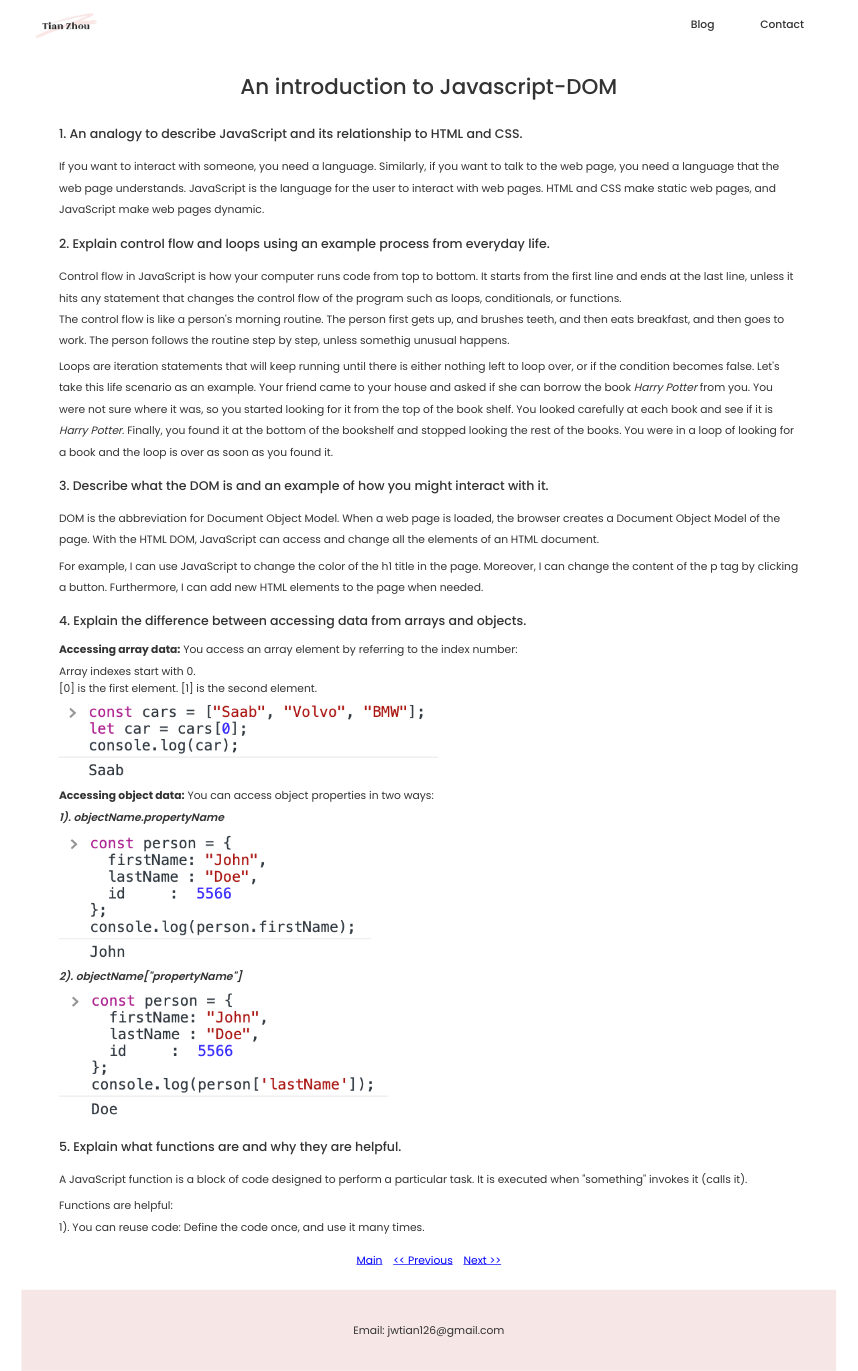
Repository: Tiaanz/Tiaanz.github.io
Page: blog/javascript-dom.html
An editor plug-in stored every save of this project. The page is shown before and after the next save, followed by the edit.
The browser window is 1280 px wide. The pictures show the whole page, at 67% of full size.

Above is the page before, as saved 2023-01-25 16:58:20.

### blog/javascript-dom.html
<!DOCTYPE html>
<html lang="en">

<head>
    <meta charset="UTF-8">
    <meta http-equiv="X-UA-Compatible" content="IE=edge">
    <meta name="viewport" content="width=device-width, initial-scale=1.0">
    <link rel="stylesheet" href="../styles/main.css">
    <link href="https://fonts.googleapis.com/css2?family=Poppins:wght@300;400;500;600;700;800&display=swap"
        rel="stylesheet">
    <title>Tech Blog(Javascript-DOM)</title>
</head>

<body>
    <div class="container">
        <header>
            <div class="logo">
                <a href="../index.html"><img src="../images/logo.png" alt="logo"></a>
            </div>
            <div class="nav">
                <a href="../index.html#blogs">Blog</a>
                <a href="#footer">Contact</a>
            </div>
        </header>
        <main class="main-blog">
            <h1>An introduction to Javascript-DOM</h1>
            <h3>1. An analogy to describe JavaScript and its relationship to HTML and CSS.</h3>
            <p>
                If you want to interact with someone, you need a language. Similarly, if you want to talk to
                the web page, you need a language that the web page understands. JavaScript is the language for the user
                to interact with web pages.
                HTML and CSS make static web pages, and JavaScript make web pages dynamic.
            </p>
            <h3>2. Explain control flow and loops using an example process from everyday life.</h3>
            <p>
                Control flow in JavaScript is how your computer runs code from top to bottom. It starts
                from the first line and ends at the last line, unless it hits any statement that changes the control
                flow of the program such as loops, conditionals, or functions.<br />
                The control flow is like a person's morning routine. The person first gets up, and brushes teeth, and
                then eats breakfast, and then goes to work.
                The person follows the routine step by step, unless somethig unusual happens.
            </p>
            <p>
                Loops are iteration statements that will keep running until there is either nothing left to loop over,
                or if the condition becomes false.
                Let's take this life scenario as an example. Your friend came to your house and asked if she can borrow
                the book <i>Harry Potter</i> from you. You were not
                sure where it was, so you started looking for it from the top of the book shelf. You looked carefully at
                each book and see if it is <i>Harry Potter</i>.
                Finally, you found it at the bottom of the bookshelf and stopped looking the rest of the books. You were
                in a loop of looking for a book and the loop is over as soon as you found it.
            </p>
            <h3>3. Describe what the DOM is and an example of how you might interact with it.</h3>
            <p>DOM is the abbreviation for Document Object Model. When a web page is loaded, the browser creates a Document Object Model of the page. With the HTML DOM, JavaScript can access and change all the elements of an HTML document.</p>
            <p>
                For example, I can use JavaScript to change the color of the h1 title in the page. Moreover, I can change the content of the p tag by clicking a button.
                Furthermore, I can add new HTML elements to the page when needed.
            </p>
            <h3>4. Explain the difference between accessing data from arrays and objects.</h3>
            <ul>
                <li> <b>Accessing array data:</b> You access an array element by referring to the index number: </li>
                <li>Array indexes start with 0.<br/>
                    [0] is the first element. [1] is the second element.</li>
                <li><img src="../images/array.png" alt="array"></li>
                <li><b>Accessing object data:</b> You can access object properties in two ways: </li>
                <li style="font-weight: 600;"><i>1). objectName.propertyName</i></li>
                <li><img src="../images/object1.png" alt="object"></li>
                <li style="font-weight:600"><i>2). objectName["propertyName"]</i></li>
                <li><img src="../images/object2.png" alt="object"></li>
            </ul>
            <h3>5. Explain what functions are and why they are helpful.</h3>
            <p>A JavaScript function is a block of code designed to perform a particular task. It is executed when "something" invokes it (calls it).</p>
            <p>Functions are helpful:</p>
            <ul>
                <li>1). You can reuse code: Define the code once, and use it many times.</li>
                <li></li>
            </ul>
            <div class="page-nav">
                <a href="../index.html">Main</a>
                <a href="./learning-plan.html"> &lt&lt Previous</a>
                <a href="#">Next >></a>
            </div>
        </main>
        <footer id="footer">
            <span>Email: jwtian126@gmail.com</span>
        </footer>
    </div>
</body>

</html>

### styles/main.css
* {
  margin: 0;
  padding: 0;
  box-sizing: border-box;
}

a {
  text-decoration: none;
  color: #333;
}



li{
  list-style: none;
}

img {
  max-width: 100%;
  height: auto;
  vertical-align: middle;
}

body {
  font-family: "Poppins", sans-serif;
  color: #333;
}

.container {
  display: flex;
  flex-direction: column;
  width: 95vw;
  margin: 0 auto;

}

header {
  display: flex;
  justify-content: space-between;
  align-items: center;
  padding: 1rem;
}

.logo {
  width: 100px;
  height: auto;
}



.nav a {
  margin: 0 1rem;
  padding: 0 1rem;
  font-weight: 500;
}

.nav a:hover {
  background-color: #f6e7e6;
}

main {
  display: flex;
  padding: 2rem 3rem;
}

main .profile-image {
  width: 100%;
  flex: 1.5;
  margin-right: 2rem;

}

main .introduction {
  flex: 1;
}

main .introduction h1 {
  margin-bottom: 1.5rem;
  font-weight: 500;
  font-size: 2.5rem;
}

main .introduction p {
  line-height: 2rem;
}

.blogs{
  display: flex;
  padding:1rem 3rem;
  margin-bottom: 2rem;

}

.blogs .tech-blog, .blogs .core-blog {
  flex:1;
  padding:0 3px;
  margin:0 3rem;
  text-align: center;
  border:2px solid #f6e7e6;
  border-radius: 20px;
}



.blogs h3{
  margin: 1rem 0;
  font-weight: 600;
  text-align: center;

}



.blogs a{
  text-decoration: underline;
  line-height: 2rem;
}

.main-blog{
    flex-direction: column;
    align-self: center;
    max-width: 1200px;
}

.main-blog h1{
  margin-bottom: 1rem;
  text-align: center;
  font-size: 2rem;
  font-weight: 500;

}

.main-blog h3{
  font-weight: 500;
  margin:1rem 0;
}

.main-blog ul li{
  margin-bottom: 0.5rem;
}

.main-blog .css-image{
 max-width: 300px;
 margin: 1rem 0;
}

.main-blog .div-image{
  max-width: 600px;
  margin-top: 1rem;
 }

 .main-blog p{
  margin: 0.2rem 0;
  line-height: 2rem;
 }

 .main-blog .page-nav{
  margin-top: 1rem;
  display: flex;
  gap:1rem;
  justify-content: center;
 }

 .main-blog .page-nav a{
  color:blue;
  text-decoration: underline;
 }

footer {
  padding: 3rem;
  background-color: #f6e7e6;
  text-align: center;
}

@media screen and (max-width: 1200px) {
  main {
    flex-direction: column;
  }

  main .introduction h1 {
    margin-top: 1rem;
    text-align: center;
  }

  main .introduction p {
    line-height: 2rem;
  }

  .blogs{
  flex-direction: column;
  gap:2rem;
  }

  .blogs .tech-blog, .blogs .core-blog{
    margin:0;
  }

}

@media screen and (max-width: 768px) {
  main {
    padding: 2rem;
  }

  main .introduction h1 {
    font-size: 2rem;
  }

  .main-blog h1{
    font-size: 1.5rem;
  }
}

@media screen and (max-width: 400px) {

    .nav a {
        margin: 0;
        padding: 0 0.4rem;
      }

      .blogs a{
        line-height: 2.5rem;
      }

  }

@media screen and (max-width: 320px) {


  main .introduction h1 {
    font-size: 1rem;
    margin-bottom: 1rem;
  }

  .main-blog h1{
    font-size: 1.2rem;
  }
}

After the next save:
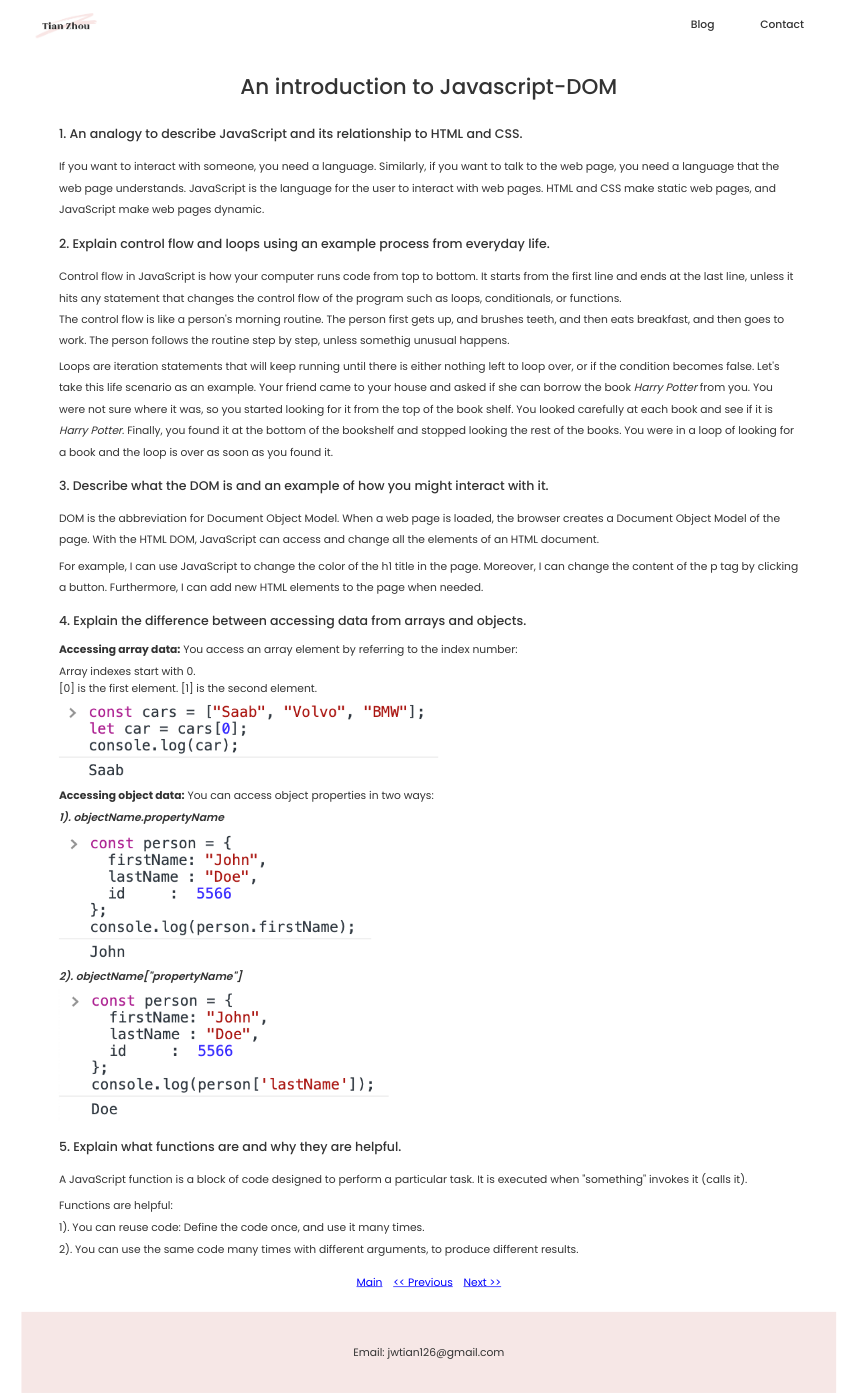
Saved 4 s later.
--- a/blog/javascript-dom.html
+++ b/blog/javascript-dom.html
@@ -73,7 +73,7 @@
             <p>Functions are helpful:</p>
             <ul>
                 <li>1). You can reuse code: Define the code once, and use it many times.</li>
-                <li></li>
+                <li>2). You can use the same code many times with different arguments, to produce different results.</li>
             </ul>
             <div class="page-nav">
                 <a href="../index.html">Main</a>
